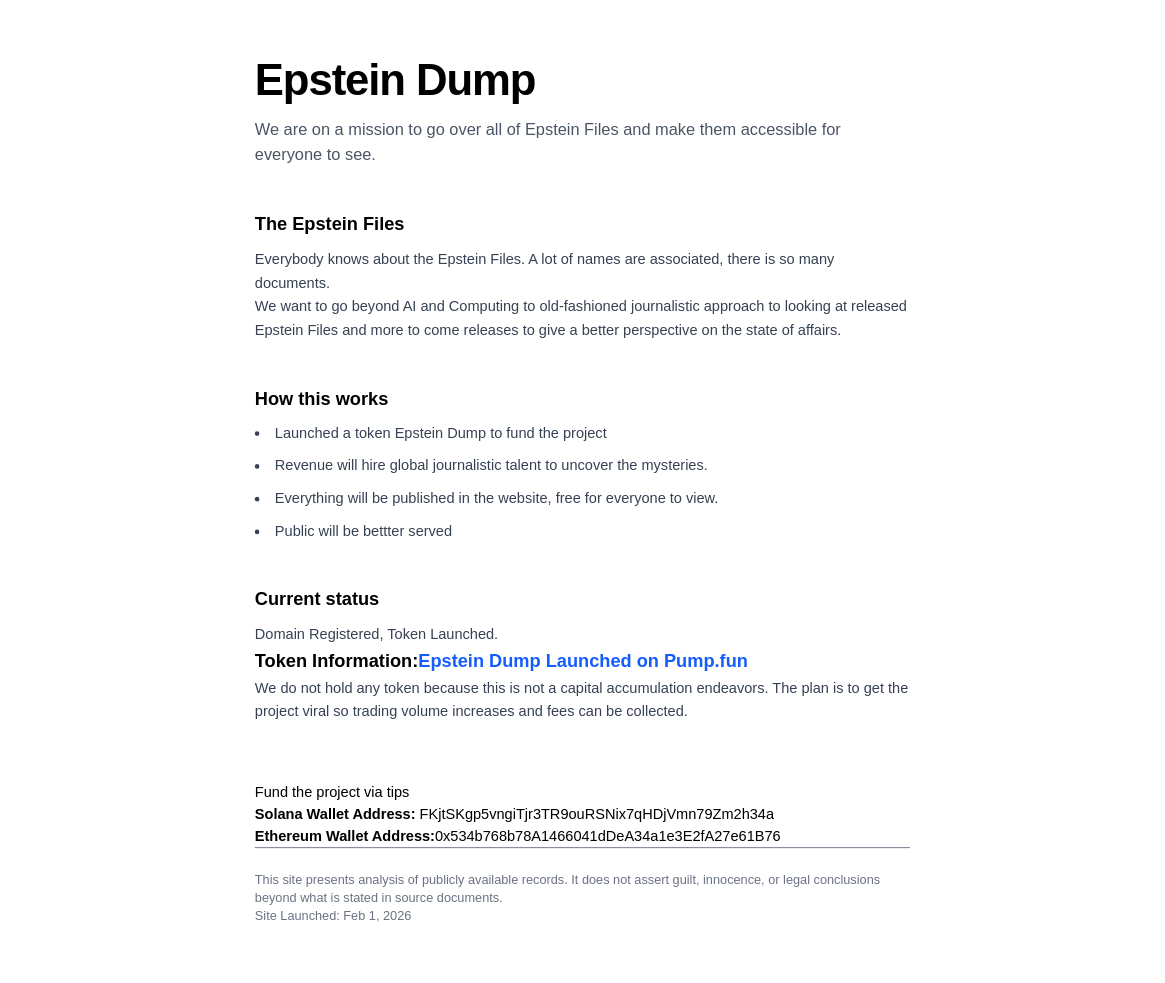
Repository: dayvoid97/epsteindump
Page: /
An editor plug-in stored every save of this project. The page is shown before and after the next save, followed by the edit.
The browser window is 1280 px wide. The pictures show the whole page, at 91% of full size.
The project was rebuilt for these pictures with package versions that can differ from the ones it lists, and the page was loaded fresh each time. The framework's server and built-in components were replaced by stand-ins that run in the browser. Also part of the build but not shown: next.config.ts.

Above is the page before, as saved 2026-02-02 02:32:29.

After the next save:
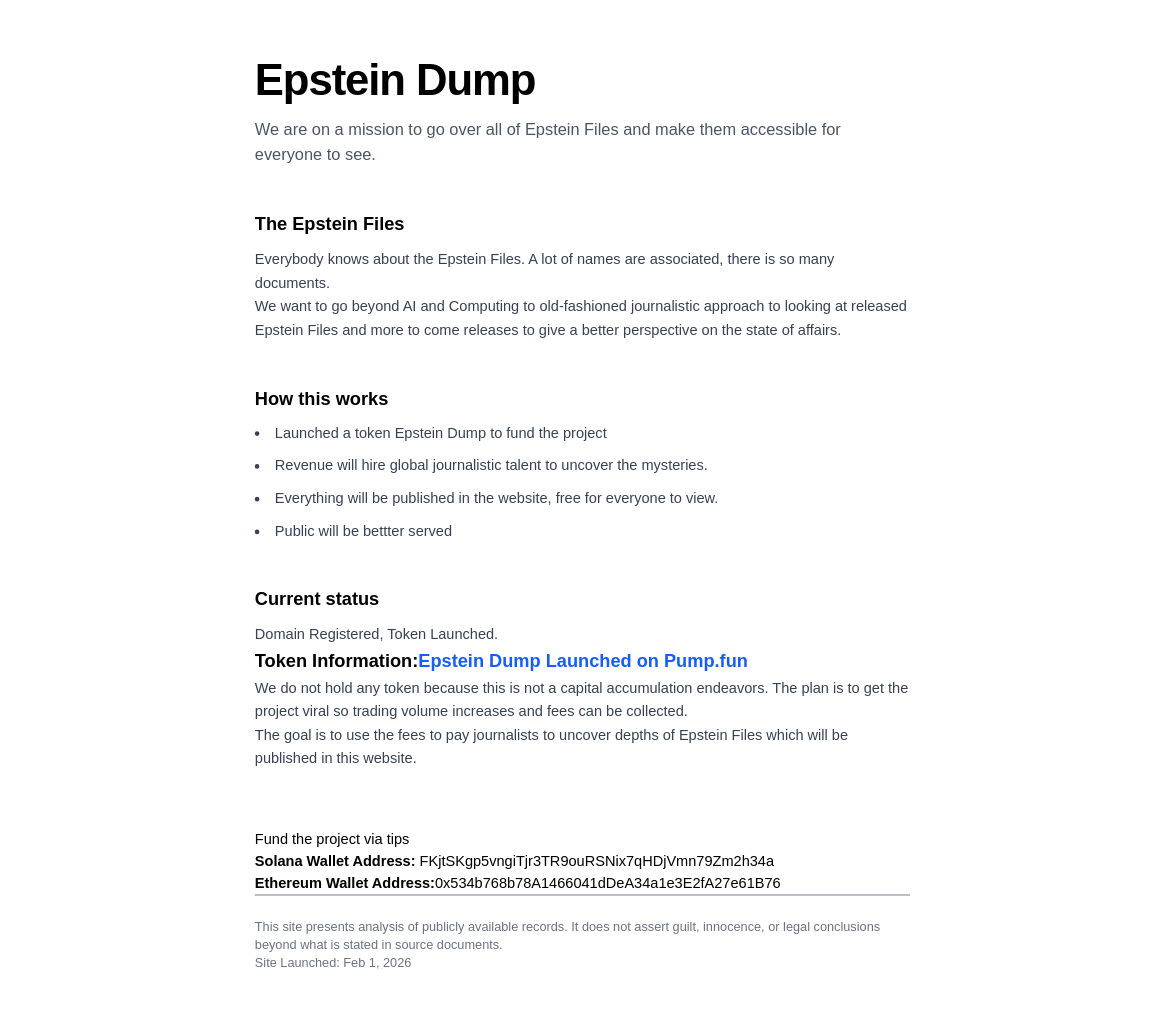
Saved 52 s later.
--- a/app/page.tsx
+++ b/app/page.tsx
@@ -54,6 +54,11 @@
             We do not hold any token because this is not a capital accumulation endeavors. The plan
             is to get the project viral so trading volume increases and fees can be collected.
           </p>
+
+          <p className="text-gray-700 leading-relaxed">
+            The goal is to use the fees to pay journalists to uncover depths of Epstein Files which
+            will be published in this website.
+          </p>
         </section>
 
         <section>
